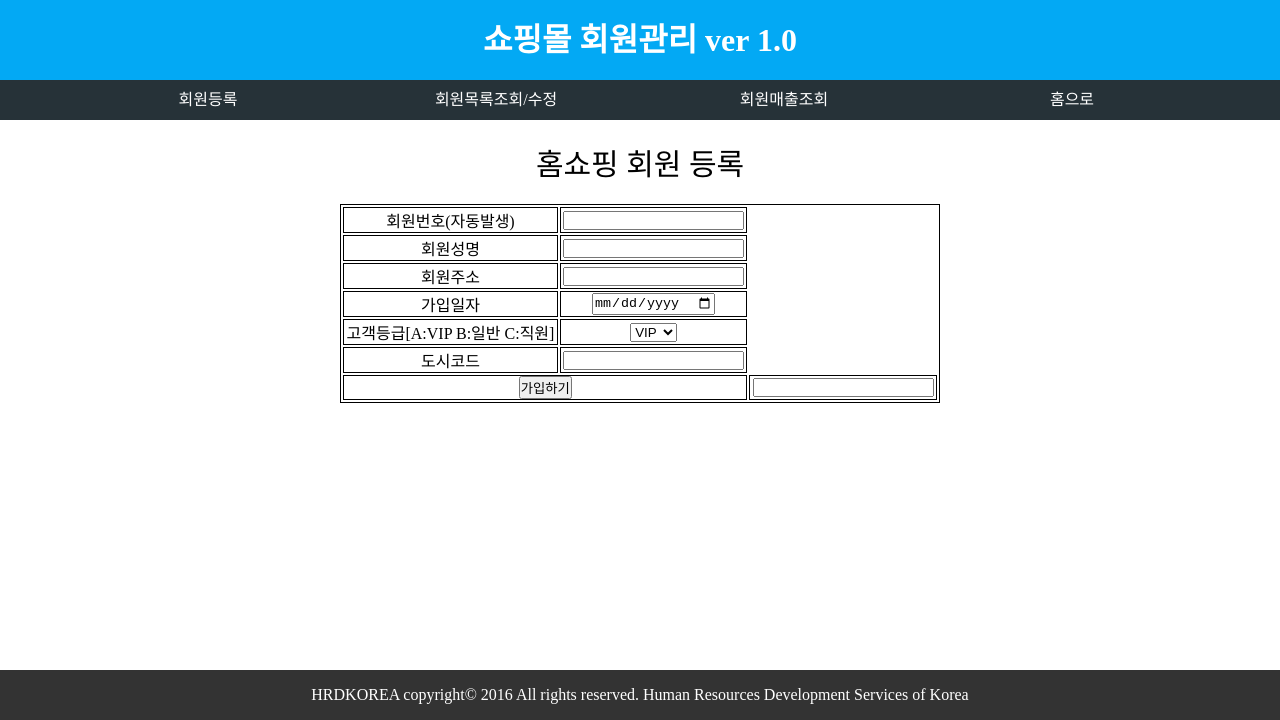
Repository: choiyuhee0722/two-crud
Page: http://localhost/HRD_000/WEB-INF/view/memberInput.jsp
An editor plug-in stored every save of this project. The page is shown before and after the next save, followed by the edit.
The browser window is 1280 px wide. The pictures show the whole page.
The page is served by Tomcat 9. Nobody is signed in. The template is opened directly, without the code that normally fills it, so the values that code supplies are empty.

Above is the page before, as saved 2024-03-27 10:49:51.

After the next save:
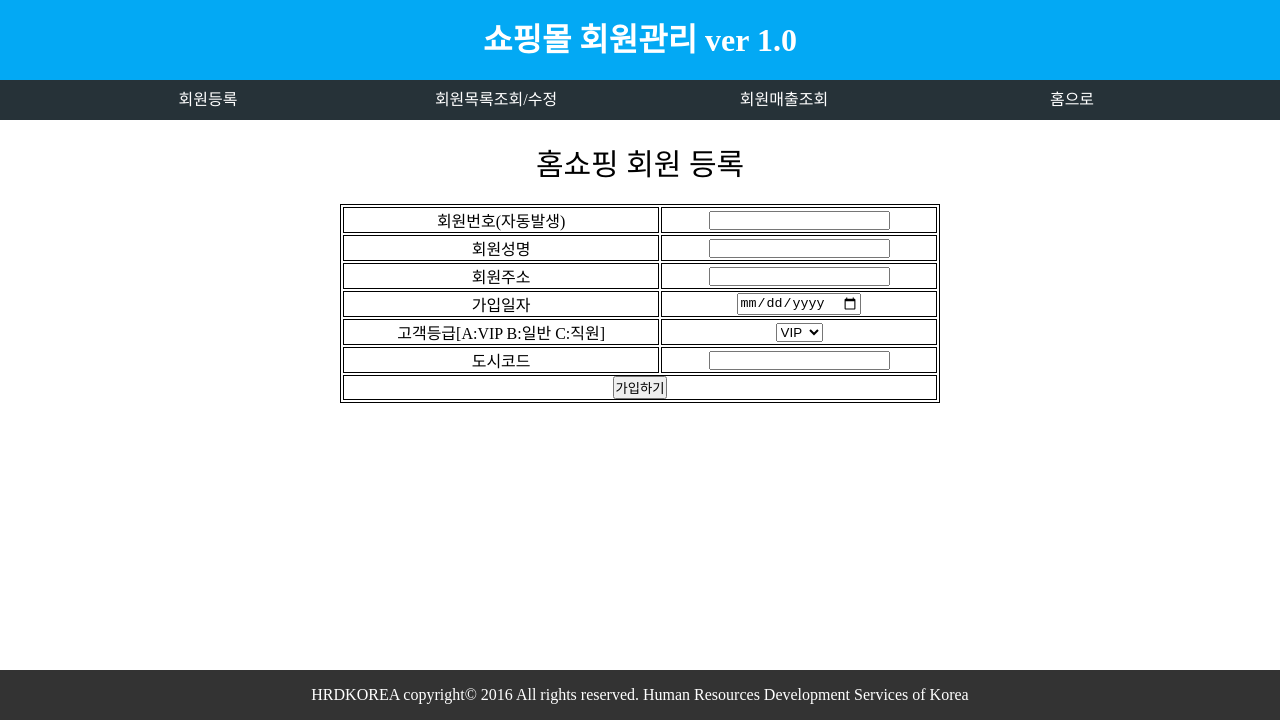
Console error: SyntaxError: Unexpected identifier 'checkForm'
Saved 2 min 24 s later.
--- a/HRD_000/src/main/webapp/WEB-INF/view/memberInput.jsp
+++ b/HRD_000/src/main/webapp/WEB-INF/view/memberInput.jsp
@@ -39,11 +39,18 @@
     			</tr>
     			<tr>
     				<td colspan="2" align="center"><input type="submit" value="가입하기" onclick="return checkForm()"></td>
-    				<td><input type="text" id="city" name="city"></td>
     			</tr>
     		</table>
     	</form>
     </div>
     </section>
-
+<script>
+	fuction checkForm(){
+		if(document.frm.custname.value.trim()==""){
+				alert('회원성명을 입력하세요.');
+				document.frm.custname.focus();
+				return false;
+		}
+	}
+</script>
 <jsp:include page="master/footer.jsp"/>
